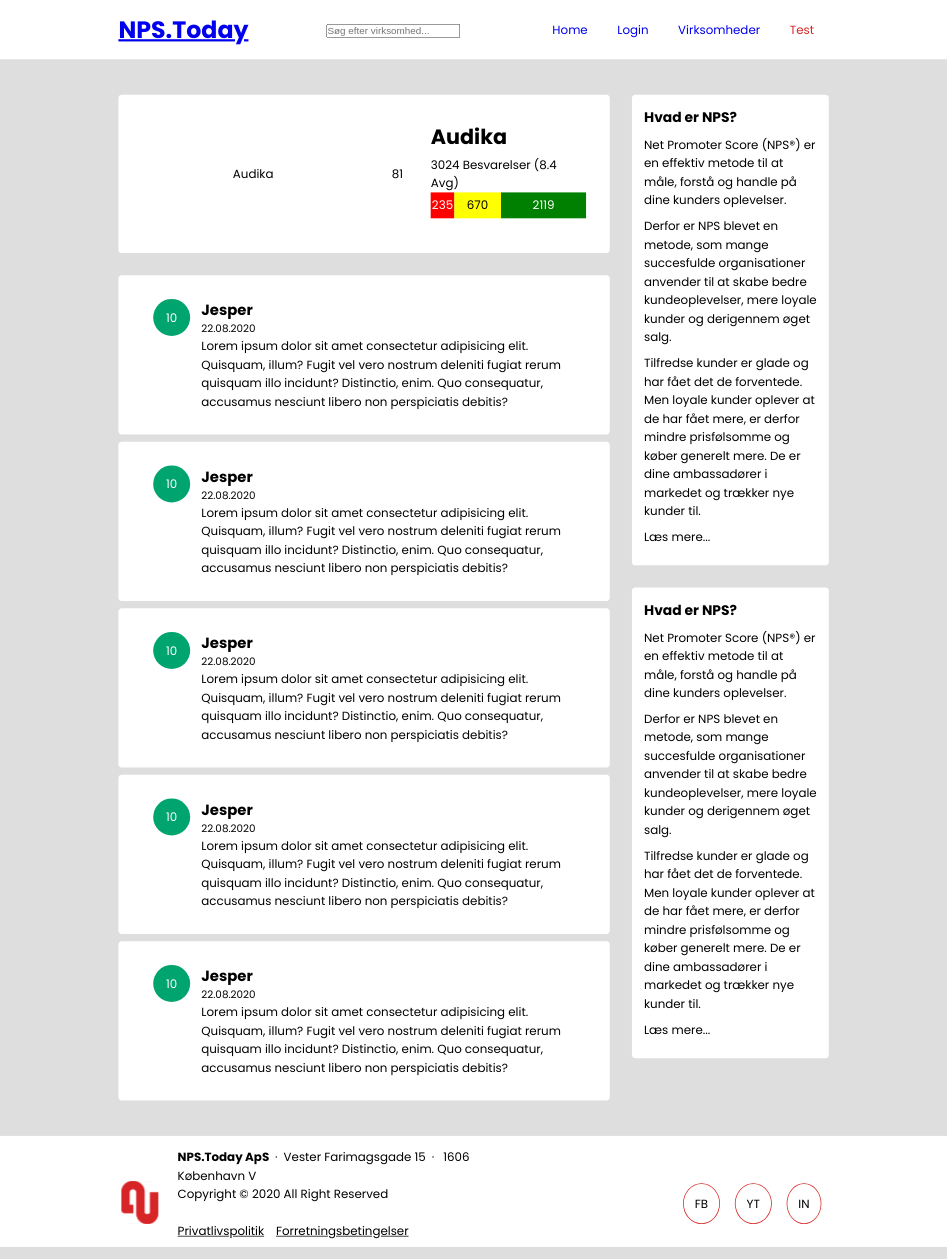
Repository: Shaydx/reviews
Page: /audikaDK
An editor plug-in stored every save of this project. The page is shown before and after the next save, followed by the edit.
The browser window is 1280 px wide. The pictures show the whole page, at 74% of full size.
The project was rebuilt for these pictures with package versions that can differ from the ones it lists, and the page was loaded fresh each time. Also part of the build but not shown: src/components/Search/Search.jsx, src/pages/Home.js, src/pages/Login.js, src/pages/Virksomheder.js.

Above is the page before, as saved 2020-10-16 18:29:04.

### public/index.html
<!DOCTYPE html>
<html lang="en">

<head>
  <meta charset="utf-8" />
  <link rel="icon" href="%PUBLIC_URL%/favicon.ico" />
  <meta name="viewport" content="width=device-width, initial-scale=1" />
  <meta name="theme-color" content="#000000" />
  <meta name="description" content="Web site created using create-react-app" />
  <link rel="apple-touch-icon" href="%PUBLIC_URL%/logo192.png" />
  <!--
      manifest.json provides metadata used when your web app is installed on a
      user's mobile device or desktop. See https://developers.google.com/web/fundamentals/web-app-manifest/
    -->
  <link rel="manifest" href="%PUBLIC_URL%/manifest.json" />
  <!--
      Notice the use of %PUBLIC_URL% in the tags above.
      It will be replaced with the URL of the `public` folder during the build.
      Only files inside the `public` folder can be referenced from the HTML.

      Unlike "/favicon.ico" or "favicon.ico", "%PUBLIC_URL%/favicon.ico" will
      work correctly both with client-side routing and a non-root public URL.
      Learn how to configure a non-root public URL by running `npm run build`.
    -->
  <title>NPS.Today - Reviews</title>
</head>

<body>
  <noscript>You need to enable JavaScript to run this app.</noscript>
  <div id="root"></div>
  <!--
      This HTML file is a template.
      If you open it directly in the browser, you will see an empty page.

      You can add webfonts, meta tags, or analytics to this file.
      The build step will place the bundled scripts into the <body> tag.

      To begin the development, run `npm start` or `yarn start`.
      To create a production bundle, use `npm run build` or `yarn build`.
    -->
</body>

</html>

### src/index.css
@import url("https://fonts.googleapis.com/css2?family=Poppins:wght@300;400;700&display=swap");

* {
  margin: 0;
  padding: 0;
  box-sizing: border-box;
}

body {
  margin: 0 auto;
  font-family: "Poppins", sans-serif;
}

### src/App.js
import React from "react";
import { BrowserRouter as Router } from "react-router-dom";

// Styling
import "./assets/scss/app.scss";

// Components
import Header from "./components/Header/Header";
import Footer from "./components/Footer/Footer";

// Routing
import Content from "./components/Routing/Routing";

function App() {
  return (
    <Router>
      <Header />
      <Content />
      <Footer />
    </Router>
  );
}

export default App;

### src/assets/scss/app.scss
// Abstracts
@import "./abstracts/variables";
@import "./abstracts/functions";

// Global
@import "./base/global";

// Partials
@import "./partials/header";
@import "./partials/footer";

// Components
@import "./components/navbar";
@import "./components/analytics";
@import "./components/responses";
@import "./components/sidebar";
@import "./components/search";
@import "./components/buttons";

### src/components/Header/Header.js
import React from "react";

// Components
import Logo from "./Logo/Logo";
import Search from "./Search/Search";
import NavBar from "./Navbar/Navbar";

// Pages

const Header = () => {
  return (
    <div className="header-container">
      <Logo />
      <Search />
      <NavBar />
    </div>
  );
};

export default Header;

### src/components/Footer/Footer.js
import React from "react";

const Footer = () => {
  return (
    <footer>
      <div className="company">
        <div className="logo"></div>
        <p className="company-info">
          NPS.Today ApS
          <span>Vester Farimagsgade 15</span>
          <span> 1606 København V</span>
        </p>
        <div className="copyright">
          <p>Copyright © 2020 All Right Reserved</p>
        </div>
        <ul className="footer-menu">
          <li className="footer-menu-item">Privatlivspolitik</li>
          <li className="footer-menu-item">Forretningsbetingelser</li>
        </ul>
      </div>
      <div className="social-media">
        <span>FB</span>
        <span>YT</span>
        <span>IN</span>
      </div>
    </footer>
  );
};

export default Footer;

### src/components/Routing/Routing.js
import React from "react";
import { Switch, Route } from "react-router-dom";

// Pages
import Home from "../../pages/Home";
import Audika from "../../pages/Review";
import Login from "../../pages/Login";
import Virksomheder from "../../pages/Virksomheder";
import Review from "../../pages/Review";

const Routing = () => {
  return (
    <Switch>
      <Route exact path="/" component={Home} />
      <Route exact path="/audikaDK" component={Audika} />
      <Route exact path="/login" component={Login} />
      <Route exact path="/virksomheder" component={Virksomheder} />
      <Route exact path="/r/:name" component={Review} />
    </Switch>
  );
};

export default Routing;

### src/assets/scss/abstracts/_variables.scss
// Colors
$red: #d62725;
$yellow: #fdc619;
$green: #00a46e;
$black: #3c3c3c;
$white: #ffffff;

$primary: $red;
$secondary: $green;

$padding: 1rem 10rem;
$margin: 3rem 10rem;

### src/assets/scss/abstracts/_functions.scss
html {
  background: #dedede;
}

### src/assets/scss/base/_global.scss
#review-page {
    display: grid;
    grid-template-columns: 5fr 2fr;
    grid-template-areas: "main aside";
    gap: 30px;
    margin: $margin;
}

.content-wrapper {
  margin: $margin;
}

main {
  &#review {
    grid-area: main;
    display: grid;
    grid-auto-rows: minmax(min-content, max-content);
    grid-template-areas:
      "Content"
      "Comments";
    gap: 30px;
  }

  &#frontpage {
    .container {
      text-align: center;
    }
  }
}

aside {
  grid-area: aside;
}

.container {
  width: 100%;
  padding: 1rem;
  background: $white;
  border-radius: 5px;
}

### src/assets/scss/partials/_header.scss
.header-container {
  display: flex;
  justify-content: space-between;
  align-items: center;

  background: $white;
  padding: $padding;
}

### src/assets/scss/partials/_footer.scss
footer {
  height: 150px;
  display: grid;
  grid-template-columns: 1fr 1fr;
  grid-template-areas: "company social-media";
  background: $white;
  padding: $padding;

  .company {
    grid-area: company;
    align-self: center;
    display: grid;
    grid-template-columns: 80px 1fr;
    grid-template-rows: 1fr 1fr 1fr;
    gap: 0px 0px;
    grid-template-areas:
      "logo company-info"
      "logo copyright"
      "logo footer-menu";

    .logo {
      grid-area: logo;
      align-self: center;
      background: url(../../img/footer-logo.svg) no-repeat;
      height: 60px;
      width: 60px;
    }

    .company-info {
      grid-area: company-info;
      font-weight: 700;

      span {
        font-weight: 400;
        margin-left: 0.5rem;

        &::before {
          content: "\00b7";
          margin-right: 0.5rem;
        }
      }
    }

    .copyright {
      grid-area: copyright;
    }

    .footer-menu {
      display: flex;
      grid-area: footer-menu;

      list-style: none;

      li {
        font-weight: 400;
        margin-right: 1rem;
        cursor: pointer;
        text-decoration: underline;
      }
    }
  }

  .social-media {
    grid-area: social-media;
    align-self: center;
    justify-self: right;

    span {
      border: 1px solid $primary;
      border-radius: 50%;
      padding: 15px;
      margin: 10px;
      cursor: pointer;
    }
  }
}

### src/assets/scss/components/_navbar.scss
nav {
  display: flex !important;
  background: #fff;

  ul {
    list-style: none;
    display: flex;
    flex-wrap: wrap;
    justify-content: space-between;
    justify-self: flex-end;
    align-items: center;

    li {
      list-style: none;
      padding: 10px 20px;

      a {
        text-decoration: none;

        &.current-menu-item {
          color: $primary;
        }
      }
    }
  }
}

### src/assets/scss/components/_analytics.scss
#analytics {
  display: grid;
  grid-template-columns: 1fr 1fr;
  grid-template-areas: "Logo Analytics";
  border-radius: 5px;
  padding: 2rem;

  .logo {
    grid-area: Logo;
    align-self: center;
    justify-self: center;
  }

  .analytics {
    display: grid;
    grid-template-columns: 30% 70%;
    grid-template-rows: 1fr 1fr 1fr;
    gap: 0px 0px;
    grid-template-areas:
      "Gauge Name"
      "Gauge total-respondents"
      "Gauge spread";
    grid-area: Analytics;

    .gauge {
      grid-area: Gauge;
      align-self: center;
      justify-self: center;
    }

    .name {
      grid-area: Name;
      align-self: center;
      font-size: 28px;
      font-weight: 700;
    }

    .total-respondents {
      grid-area: total-respondents;
      align-self: center;
    }

    .spread {
      display: grid;
      grid-template-columns: 15% 30% 55%;
      grid-template-areas: "detractors passive promoters";
      grid-area: spread;
      height: 30px;
      text-align: center;
      align-items: center;

      .detractors {
        grid-area: detractors;
        background: red;
        color: white;
        padding: 5px 0px;
      }
      .passive {
        grid-area: passive;
        background: yellow;
        padding: 5px 0px;
      }
      .promoters {
        grid-area: promoters;
        background: green;
        color: white;
        padding: 5px 0px;
      }
    }
  }
}

### src/assets/scss/components/_responses.scss
#responseContainer {
  grid-area: Comments;
  display: grid;
  gap: 10px;

  .container {
    padding: 2rem;
    border-radius: 5px;
    min-height: 150px;
  }

  .response {
    display: grid;
    grid-template-columns: 80px auto;
    grid-template-areas:
      "rating user"
      "rating comment";
  }

  .rating {
    grid-area: rating;
    justify-self: center;

    .score {
      background: $green;
      width: 50px;
      height: 50px;
      border-radius: 50%;
      display: flex;
      justify-content: center;
      align-items: center;
      color: $white;
    }
  }

  .user {
    grid-area: user;
    font-weight: 700;
    font-size: 20px;

    span {
      display: block;
      font-weight: 400;
      font-size: 14px;
    }
  }

  .comment {
    grid-area: comment;
  }
}

### src/assets/scss/components/_sidebar.scss
#sidebars {
    grid-area: Sidebar;
    display: grid;
    gap: 30px;

    .container {
        border-radius: 5px;
    }

    p {
        margin: 10px 0;
    }
}

### src/assets/scss/components/_search.scss
#frontpage {
    input[type="search"] {
        width: 600px;
        height: 60px;
        padding: 12px 20px;

        &:focus {
          outline: none;
        }

        &:active {
          outline: none;
        }
      }
}

### src/assets/scss/components/_buttons.scss
.btn {
    border: none;
    color: $white;
    height: 60px;
    width: 120px;
    cursor: pointer;

    &:focus {
      outline: none;
    }

    &:active {
      outline: none;
    }

    &.btn-primary {
      background-color: $primary;

      &:hover {
        background-color: lighten($primary, 5);
      }
    }

    &.btn-link {
      background-color: transparent;
      color: $primary;

      &:hover {
        color: lighten($primary, 5);
        text-decoration: underline;
      }
    }
  }

### src/components/Header/Logo/Logo.js
import React from "react";
import { Link } from "react-router-dom";

function Logo() {
  return (
    <div className="logo">
      <Link to="/">
        <h1>NPS.Today</h1>
      </Link>
    </div>
  );
}

export default Logo;

### src/components/Header/Search/Search.js
import React from "react";

const Search = () => {
  return (
    <div className="search">
      <input
        type="search"
        name="search"
        id="search"
        placeholder="Søg efter virksomhed..."
      />
    </div>
  );
};

export default Search;

### src/components/Header/Navbar/Navbar.js
import React from "react";
import { NavLink } from "react-router-dom";

function Navbar() {
  return (
    <nav className="navigation">
      <ul className="menu">
        <li className="menu-item">
          <NavLink exact to="/" activeClassName="current-menu-item">
            Home
          </NavLink>
        </li>
        <li className="menu-item">
          <NavLink to="/login" activeClassName="current-menu-item">
            Login
          </NavLink>
        </li>
        <li className="menu-item">
          <NavLink to="/virksomheder" activeClassName="current-menu-item">
            Virksomheder
          </NavLink>
        </li>
        <li className="menu-item">
          <NavLink to="/audikaDK" activeClassName="current-menu-item">
            Test
          </NavLink>
        </li>
      </ul>
    </nav>
  );
}

export default Navbar;

### src/pages/Review.js
import React from "react";

// Components
import Analytics from "../components/Analytics/Analytics";
import ResponseContainer from "../components/Response/ResponseContainer";
import Sidebars from "../components/Sidebars/Sidebars";

const Review = (props) => {
  return (
    <div id="review-page" className="content-wrapper">
      <main id="review">
        <Analytics {...props} />
        <ResponseContainer {...props} />
      </main>
      <aside>
        <Sidebars />
      </aside>
    </div>
  );
};

export default Review;

### src/components/Analytics/Analytics.js
import React from "react";

const Analytics = () => {
  return (
    <div id="analytics" className="container">
      <div className="logo">Audika</div>
      <div className="analytics">
        <div className="gauge">
          <span>81</span>
        </div>
        <div className="name">Audika</div>
        <div className="total-respondents">
          3024 Besvarelser
          <span className="avg"> (8.4 Avg)</span>
        </div>
        <div className="spread">
          <div className="detractors">235</div>
          <div className="passive">670</div>
          <div className="promoters">2119</div>
        </div>
      </div>
    </div>
  );
};

export default Analytics;

### src/components/Response/ResponseContainer.jsx
import React from "react";

import Response from './Response';

const ResponseContainer = () => {
  return (
    <div id="responseContainer">
      <Response />
      <Response />
      <Response />
      <Response />
      <Response />
    </div>
  );
};

export default ResponseContainer;

### src/components/Sidebars/Sidebars.js
import React from "react";

// Components
import Sidebar from './Sidebar';

const Sidebars = () => {
  return (
    <div id="sidebars">
      <Sidebar />
      <Sidebar />
    </div>
  );
};

export default Sidebars;

### src/components/Response/Response.jsx
import React from "react";

const Response = () => {
  return (
    <div className="response container">
      <div class="rating">
        <div className="score">10</div>
      </div>
      <div class="user">
        Jesper <span>22.08.2020</span>
      </div>
      <p class="comment">
        Lorem ipsum dolor sit amet consectetur adipisicing elit. Quisquam,
        illum? Fugit vel vero nostrum deleniti fugiat rerum quisquam illo
        incidunt? Distinctio, enim. Quo consequatur, accusamus nesciunt libero
        non perspiciatis debitis?
      </p>
    </div>
  );
};

export default Response;

### src/components/Sidebars/Sidebar.js
import React from "react";

const Sidebar = () => {
  return (
    <div className="sidebar container">
      <h3>Hvad er NPS?</h3>
      <p>
        Net Promoter Score (NPS®) er en effektiv metode til at måle, forstå og
        handle på dine kunders oplevelser.
      </p>

      <p>
        Derfor er NPS blevet en metode, som mange succesfulde organisationer
        anvender til at skabe bedre kundeoplevelser, mere loyale kunder og
        derigennem øget salg.
      </p>

      <p>
        Tilfredse kunder er glade og har fået det de forventede. Men loyale
        kunder oplever at de har fået mere, er derfor mindre prisfølsomme og
        køber generelt mere. De er dine ambassadører i markedet og trækker nye
        kunder til.
      </p>

      <p>Læs mere...</p>
    </div>
  );
};

export default Sidebar;

Loaded but not shown: src/index.js (common file); src/serviceWorker.js (common file)

After the next save:
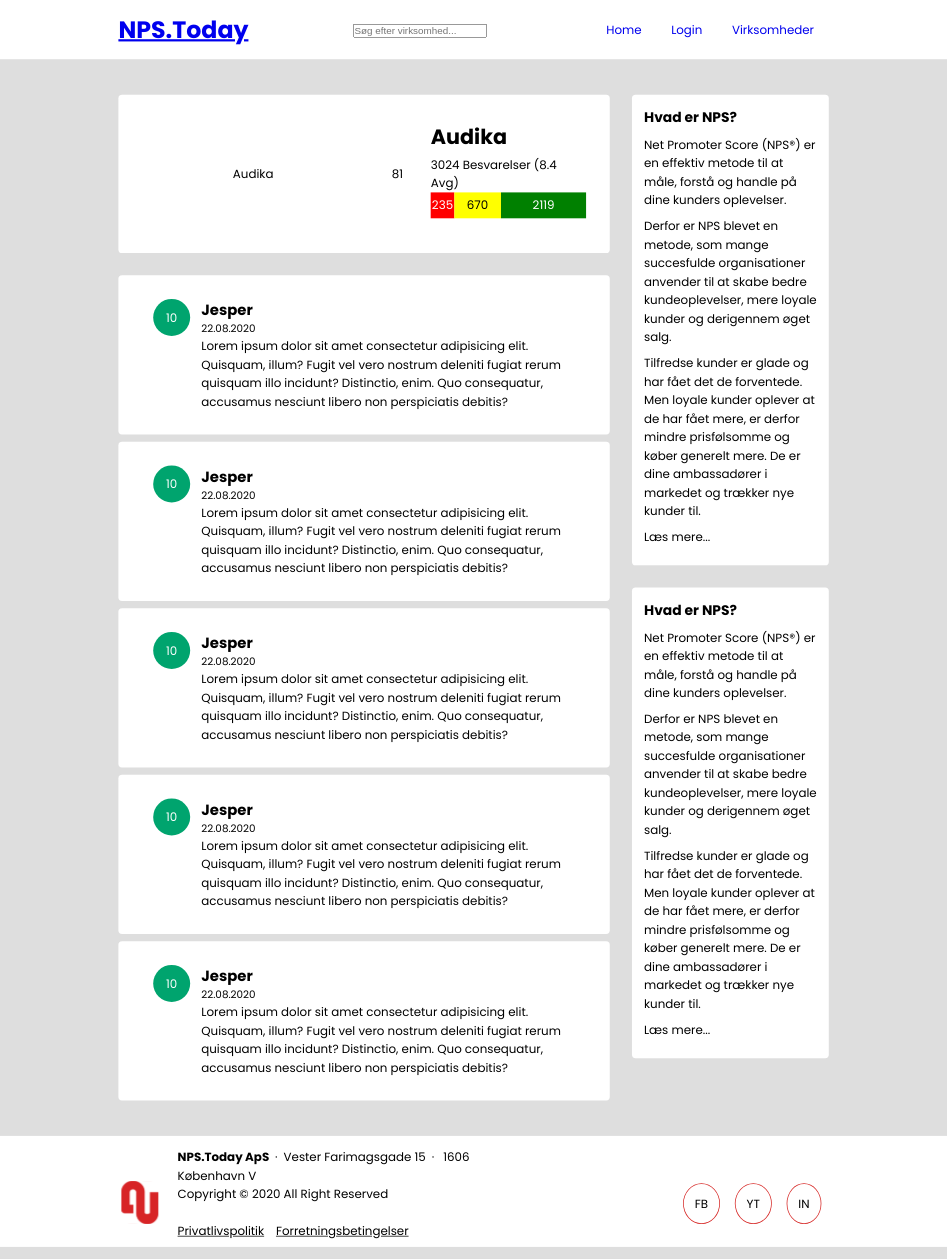
Saved 40 s later.
--- a/src/components/Header/Navbar/Navbar.js
+++ b/src/components/Header/Navbar/Navbar.js
@@ -20,11 +20,6 @@
             Virksomheder
           </NavLink>
         </li>
-        <li className="menu-item">
-          <NavLink to="/audikaDK" activeClassName="current-menu-item">
-            Test
-          </NavLink>
-        </li>
       </ul>
     </nav>
   );
